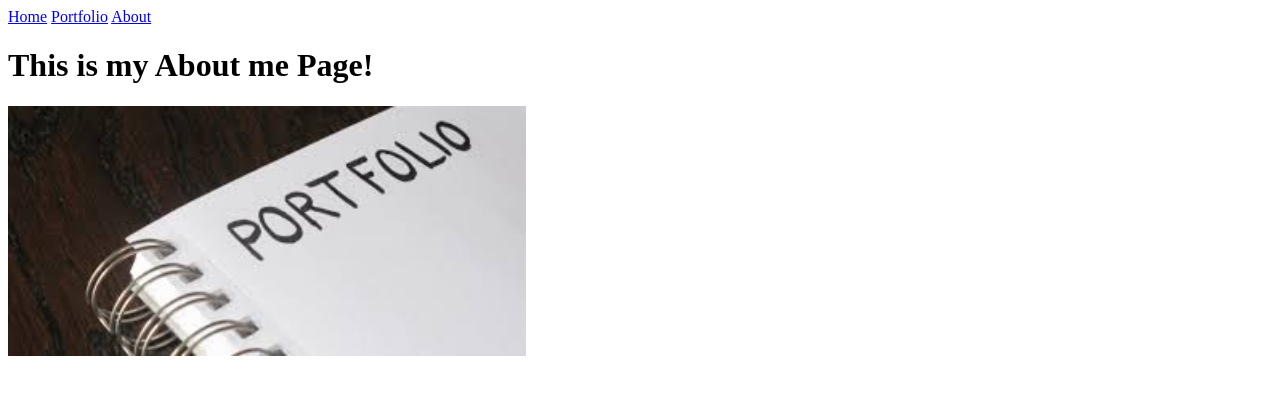
Repository: ralcocer1890/ralcocer1890.github.io
Page: my_website/about.html
The author's editor kept a record of every edit. The page is drawn from the files as they stood at one moment, then again after the next edit.
The browser window is 1280 px wide. The pictures show the whole page.

Above is the page before.

After the next edit:
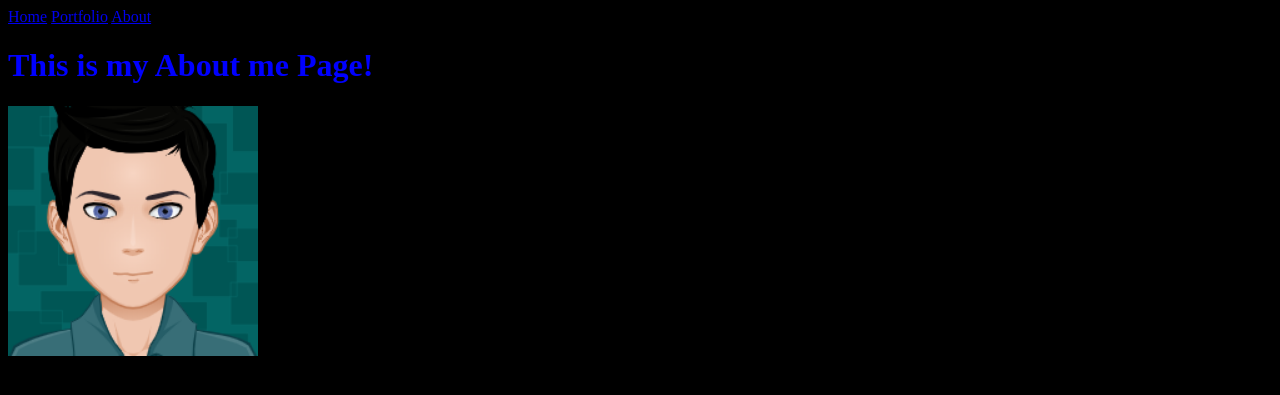
The edit:
--- a/my_website/about.html
+++ b/my_website/about.html
@@ -9,6 +9,10 @@
     <a href="portfolio.html">Portfolio</a>
 <a href="about.html">About</a>
     <h1>This is my About me Page!</h1>
-    <img src="images/portfolio.jpg" height="250">
+    <img src="images/myAvatar.png" height="250">
+    <style>
+h1 {color:blue;}
+</style>
+<body style="background-color:Black;">
   </body>
 	</html>
